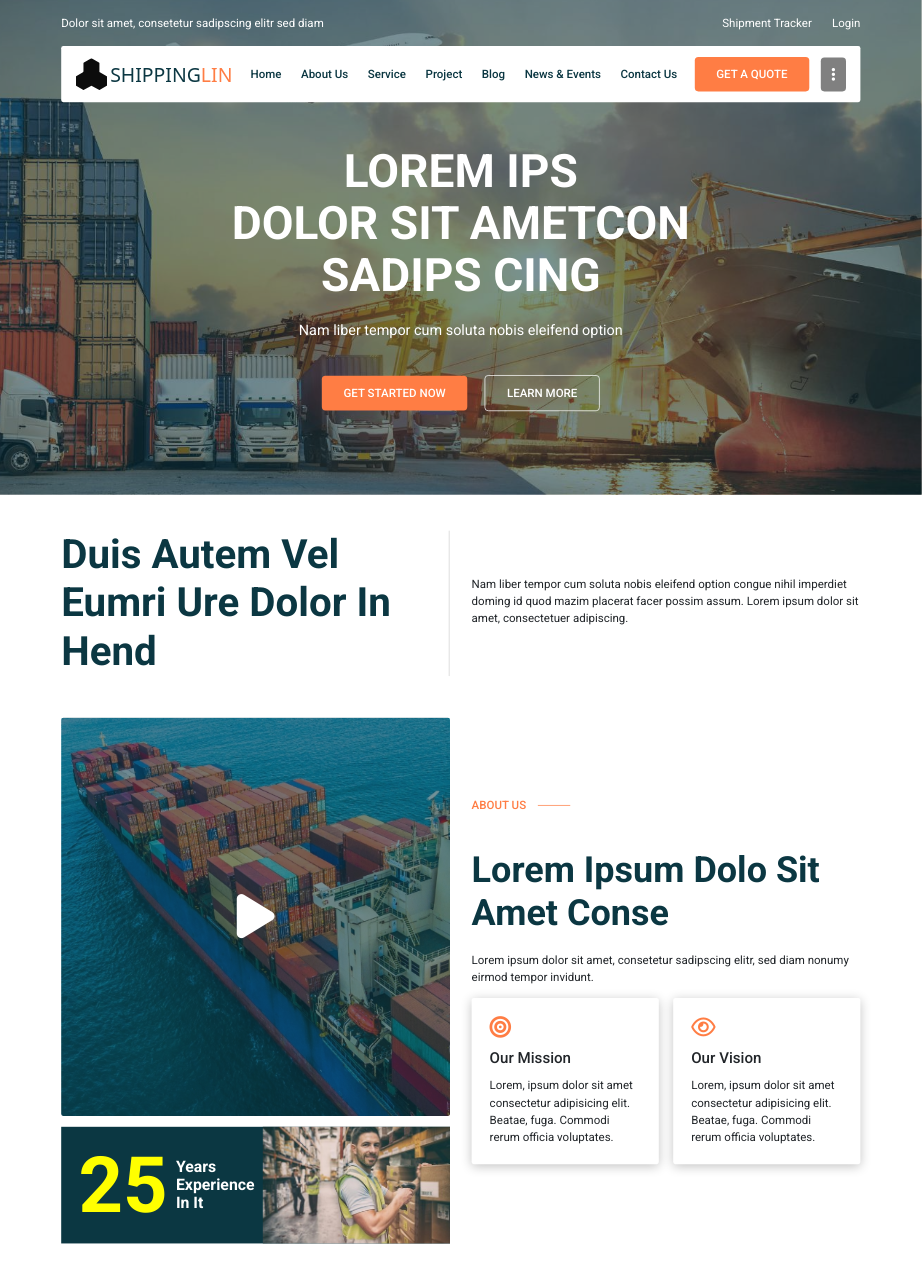
Repository: nazmulalok/shipping-template
Page: index.html
The author's editor kept a copy of each file at every save. The page is drawn from the files as they stood at one save, then again after the next save.
The browser window is 1280 px wide. The pictures show the whole page, at 72% of full size.
Some web libraries are served in a nearby version.

Above is the page before, as saved 2022-10-08 19:26:32.

After the next save:
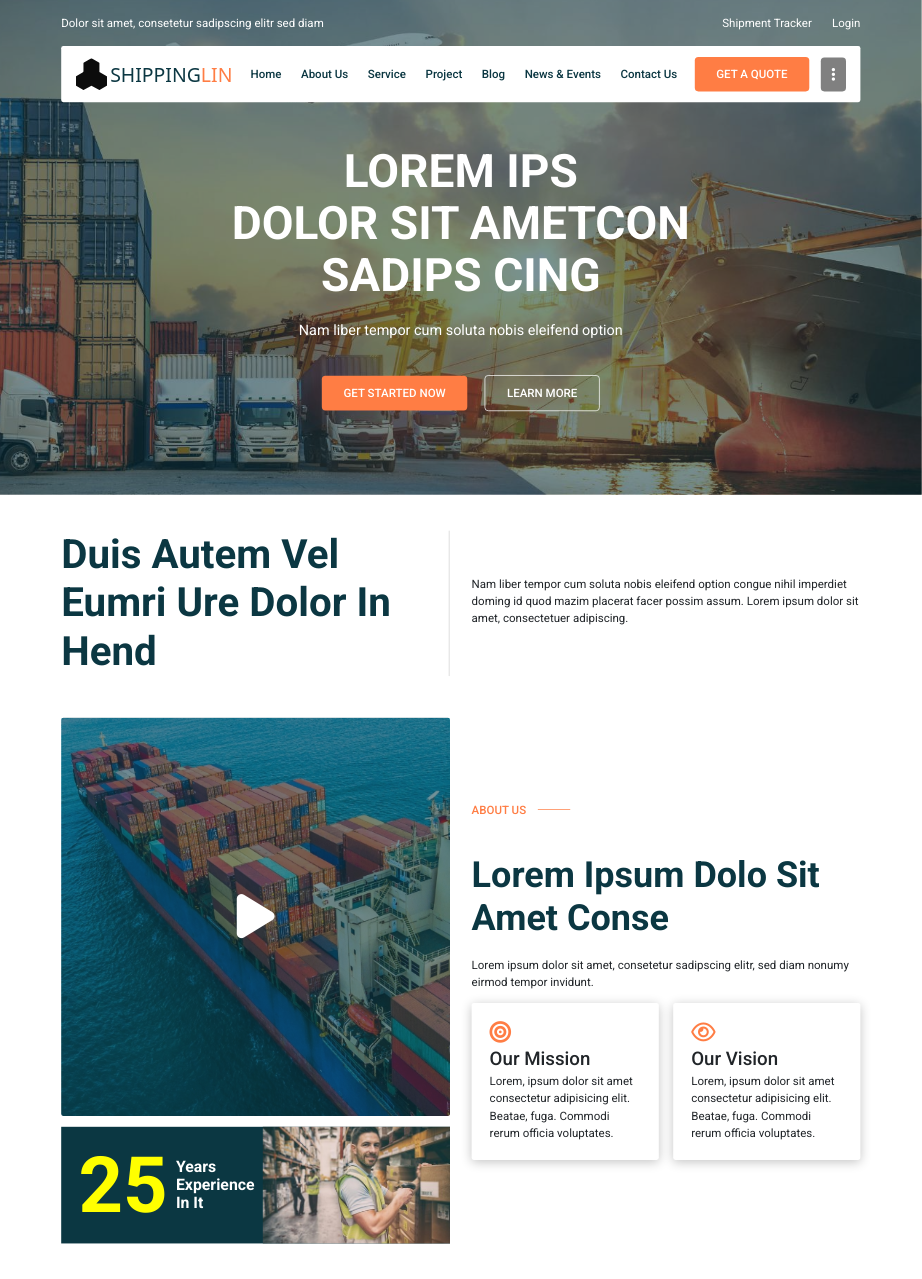
Saved 109 s later.
--- a/style.css
+++ b/style.css
@@ -381,9 +381,8 @@ figure.img-box img+figcaption {
 }
 
 .common-box .box-title {
-    font-size: 21px;
+    font-size: 26px;
     font-weight: 500;
-    margin: 10px 0px;
 }
 
 .common-box:hover {
